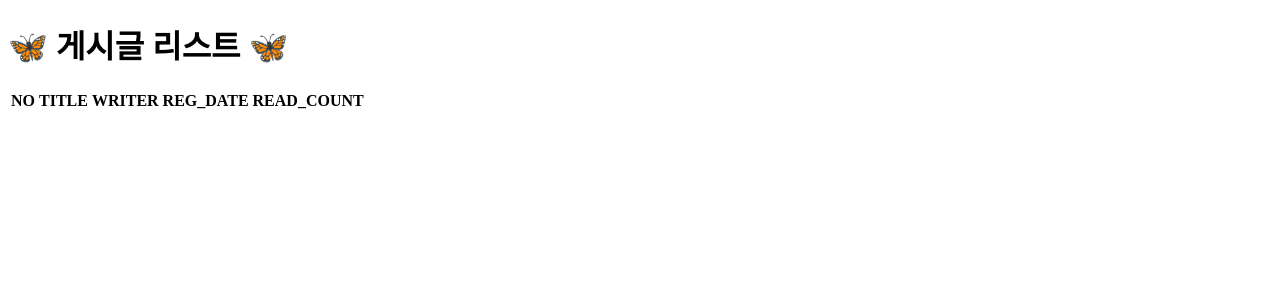
Repository: ddochiisrich/Ddochi-Web
Page: http://localhost/JSPClassCh06_1/dbConnection/dbConnection.jsp
An editor plug-in stored every save of this project. The page is shown before and after the next save, followed by the edit.
The browser window is 1280 px wide. The pictures show the whole page.
The page is served by Tomcat 9. Other server files are loaded and not shown. Queries for data that is not in the repository find no rows.

Above is the page before, as saved 2024-04-08 07:46:30.

### JSPClassCh06_1/src/main/webapp/dbConnection/dbConnection.jsp
<%@ page language="java" contentType="text/html; charset=UTF-8"
    pageEncoding="UTF-8"%>

<%@ page import="java.sql.*" %>
<%@ page import="java.util.*" %>
<%@ page import="com.jspstudy.ch06_1.vo.*" %>
<%@ taglib prefix="c" uri="http://java.sun.com/jsp/jstl/core" %>
<%
 	String user = "scott";
 	String pass = "tiger";
 	String driver = "oracle.jdbc.driver.OracleDriver";
 	String url = "jdbc:orcle:thin:@localhost:1521:xe";

 	// 1. 접속 드라이버 로딩
 	Class.forName(driver);

 	// 2. DB에 연결
	Connection conn = DriverManager.getConnection(url, user, pass);

 	// 3. DB에 SQL을 발행해주는 객체
 	PreparedStatement pstmt = conn.prepareStatement("select * from jspbbs order by no DESC");

 	// 4. DB에 쿼리를 발행하고 테이블에서 조회한 결과 집합을 받는다.
 	ResultSet rs = pstmt.executeQuery();
 	List<Board> bList = new ArrayList<>();

 	while(rs.next()){
 		// 한 행씩 데이터를 추출해서 Board 객체 담고 List에 담는다.
 		Board b = new Board();
 		b.setNo(rs.getInt("no"));
 		b.setTitle(rs.getString("title"));
 		b.setWriter(rs.getString("writer"));
 		b.setContent(rs.getString("content"));
 		b.setRegDate(rs.getTimestamp("reg_date"));
 		b.setReadCount(rs.getInt("read_count"));
 		b.setFile1(rs.getString("file1"));

 		bList.add(b);

 	}

 	// DB 작업에 사용한 자원을 해제 - 앞에서 가져온 역순으로 닫는다.
 	if(rs != null) rs.close();
 	if(pstmt != null) pstmt.close();
 	if(conn != null) conn.close();


%>

<!DOCTYPE html>
<html>
<head>
<meta charset="UTF-8">
<title>게시판</title>
</head>
<body>
	<h1>🦋 게시글 리스트 🦋</h1>
	<table>
		<tr>
			<th>NO</th>
			<th>TITLE</th>
			<th>WRITER</th>
			<th>REG_DATE</th>
			<th>READ_COUNT</th>
		</tr>

		<c:forEach var="board" items="<%= bList %>">
			<tr>
				<td>${ board.no }</td>
				<td>${ board.title }</td>
				<td>${ board.writer }</td>
				<td>${ board.regDate }</td>
				<td>${ board.readCount }</td>
			</tr>
		</c:forEach>
	</table>
</body>
</html>

After the next save:
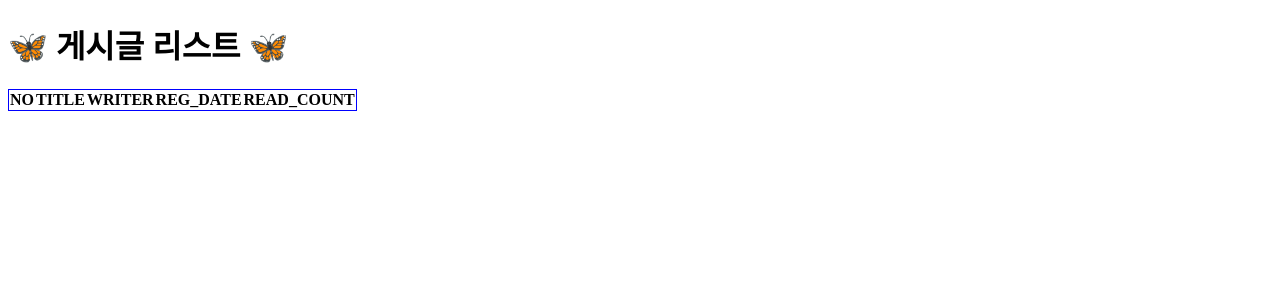
Saved 14 min 32 s later.
--- a/JSPClassCh06_1/src/main/webapp/dbConnection/dbConnection.jsp
+++ b/JSPClassCh06_1/src/main/webapp/dbConnection/dbConnection.jsp
@@ -1,6 +1,5 @@
 <%@ page language="java" contentType="text/html; charset=UTF-8"
     pageEncoding="UTF-8"%>
-
 <%@ page import="java.sql.*" %>
 <%@ page import="java.util.*" %>
 <%@ page import="com.jspstudy.ch06_1.vo.*" %>
@@ -52,6 +51,16 @@
 <head>
 <meta charset="UTF-8">
 <title>게시판</title>
+<style>
+	table{
+		border: 1px solid blue;
+		border-collapse:collapse;
+	}
+	td{
+		border: 1px dotted blue;
+		padding: 5px 10px;
+	}
+</style>
 </head>
 <body>
 	<h1>🦋 게시글 리스트 🦋</h1>
